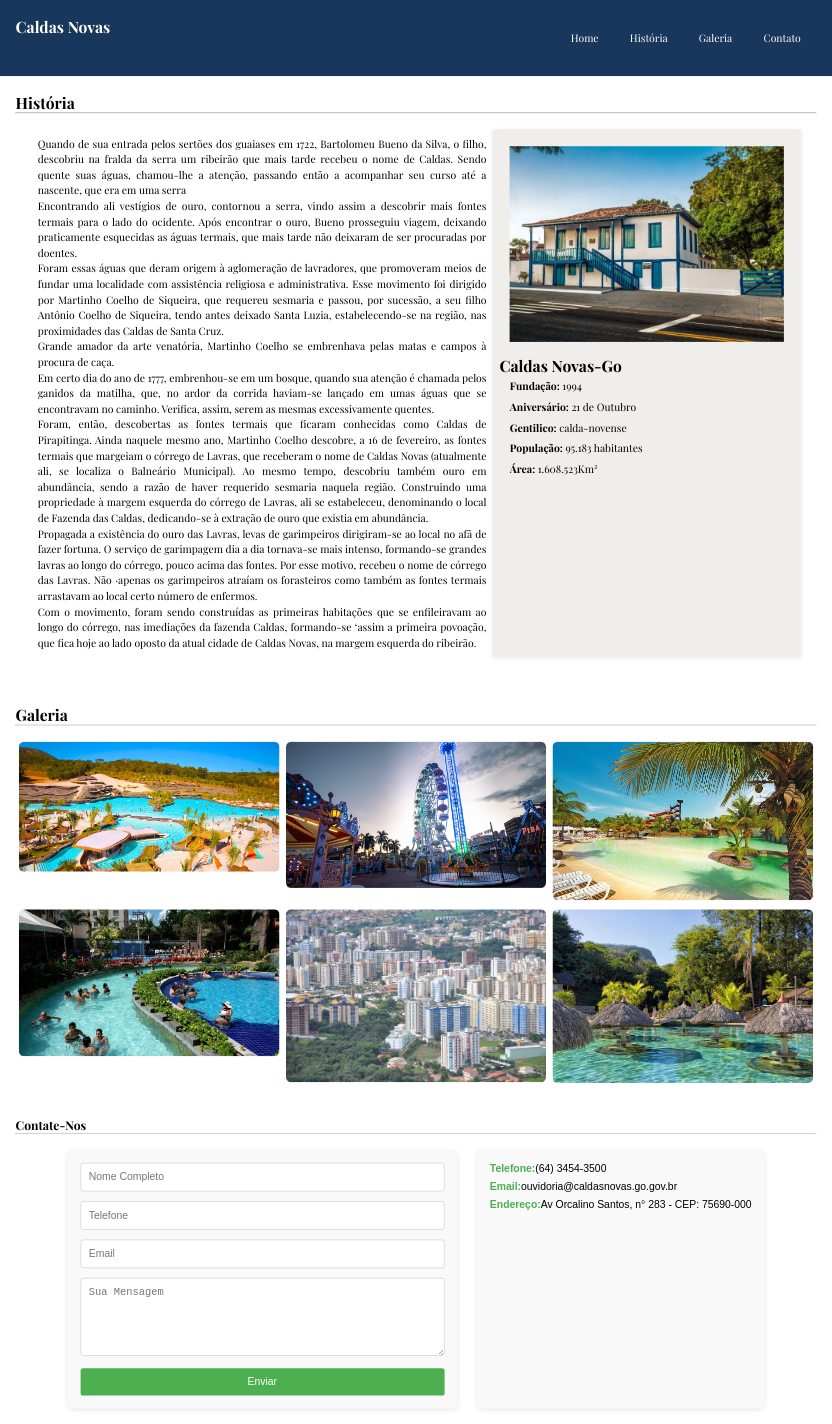
Repository: AbiezerSidonioJoseOdanacaJunior/DesafioLocalTuristico
Page: index.html
The author's editor kept a copy of each file at every save. The page is drawn from the files as they stood at one save, then again after the next save.
The browser window is 1280 px wide. The pictures show the whole page, at 65% of full size.
Some web fonts or font styles are not loaded; a fallback is used.

Above is the page before, as saved 2024-11-11 18:09:45.

### index.html
<!DOCTYPE html>
<html lang="pt-br">
<head>
    <link rel="preconnect" href="https://fonts.googleapis.com">
    <link rel="preconnect" href="https://fonts.gstatic.com" crossorigin>
    <meta charset="UTF-8">
    <meta name="viewport" content="width=device-width, initial-scale=1.0">
    <title>Caldas Novas</title>
    <link rel="stylesheet" href="./css/style.css">
    <link href="https://fonts.googleapis.com/css2?family=Alice&family=Playfair+Display:ital,wght@0,400..900;1,400..900&display=swap" rel="stylesheet">
</head>
<body>
    <div id="page">
        <nav>
            <!-- <img src="./img/clds.png" alt="logo Caldas novas"> -->
             <h1>Caldas Novas</h1>
            <ul>
                <li><a href="#home">Home</a></li>
                <li><a href="#history">História</a></li>
                <li><a href="#gallery">Galeria</a></li>
                <li><a href="#contact">Contato</a></li>
            </ul>
        </nav>
        <main>
            <section id="history">
                <h1>História</h1>
                <hr>
               <div id="about">
                <div id="text-history">
                    <p>Quando de sua entrada pelos sertões dos guaiases em 1722, Bartolomeu Bueno da Silva, o filho, descobriu na fralda da serra um ribeirão que mais tarde recebeu o nome de Caldas. Sendo quente suas águas, chamou-lhe a atenção, passando então a acompanhar seu curso até a nascente, que era em uma serra</p>
                    <p>Encontrando ali vestígios de ouro, contornou a serra, vindo assim a descobrir mais fontes termais para o lado do ocidente. Após encontrar o ouro, Bueno prosseguiu viagem, deixando praticamente esquecidas as águas termais, que mais tarde não deixaram de ser procuradas por doentes.</p>
                    <p>Foram essas águas que deram origem à aglomeração de lavradores, que promoveram meios de fundar uma localidade com assistência religiosa e administrativa. Esse movimento foi dirigido por Martinho Coelho de Siqueira, que requereu sesmaria e passou, por sucessão, a seu filho Antônio Coelho de Siqueira, tendo antes deixado Santa Luzia, estabelecendo-se na região, nas proximidades das Caldas de Santa Cruz.</p>
                    <p>Grande amador da arte venatória, Martinho Coelho se embrenhava pelas matas e campos à procura de caça.</p>
                    <p>Em certo dia do ano de 1777, embrenhou-se em um bosque, quando sua atenção é chamada pelos ganidos da matilha, que, no ardor da corrida haviam-se lançado em umas águas que se encontravam no caminho. Verifica, assim, serem as mesmas excessivamente quentes.</p>
                    <p>Foram, então, descobertas as fontes termais que ficaram conhecidas como Caldas de Pirapitinga. Ainda naquele mesmo ano, Martinho Coelho descobre, a 16 de fevereiro, as fontes termais que margeiam o córrego de Lavras, que receberam o nome de Caldas Novas (atualmente ali, se localiza o Balneário Municipal). Ao mesmo tempo, descobriu também ouro em abundância, sendo a razão de haver requerido sesmaria naquela região. Construindo uma propriedade à margem esquerda do córrego de Lavras, ali se estabeleceu, denominando o local de Fazenda das Caldas, dedicando-se à extração de ouro que existia em abundância.</p>
                    <p>Propagada a existência do ouro das Lavras, levas de garimpeiros dirigiram-se ao local no afã de fazer fortuna. O serviço de garimpagem dia a dia tornava-se mais intenso, formando-se grandes lavras ao longo do córrego, pouco acima das fontes. Por esse motivo, recebeu o nome de córrego das Lavras. Não ·apenas os garimpeiros atraíam os forasteiros como também as fontes termais arrastavam ao local certo número de enfermos.</p>
                    <p>Com o movimento, foram sendo construídas as primeiras habitações que se enfileiravam ao longo do córrego, nas imediações da fazenda Caldas, formando-se ‘assim a primeira povoação, que fica hoje ao lado oposto da atual cidade de Caldas Novas, na margem esquerda do ribeirão.</p>
                </div>
                <div id="image-history">
                    <img src="./img/imghistory.jpg" alt="Imagem Caldas">
                    <h2>Caldas Novas-Go</h2>
                    <p><b>Fundação:</b> 1994 </p>
                    <p><b>Aniversário:</b> 21 de Outubro </p>
                    <p><b>Gentilico:</b> calda-novense </p>
                    <p><b>População:</b> 95.183 habitantes</p>
                    <p><b>Área:</b> 1.608.523Km²</p>
                </div>
               </div>
            </section>
            <section id="gallery">
                <h2>Galeria</h2>
                <hr>
            <div id="fotos">
                <div class="fotos-item">
                    <img src="./img/foto1.jpg" alt=" foto caldas">
                </div>
                <div class="fotos-item">
                    <img src="./img/foto2.jpg" alt=" foto caldas">
                </div>
                <div class="fotos-item">
                    <img src="./img/foto3.jpg" alt=" foto caldas">
                </div>
                <div class="fotos-item">
                    <img src="./img/foto4.jpg" alt=" foto caldas">
                </div>
                <div class="fotos-item">
                    <img src="./img/foto5.jpg" alt=" foto caldas">
                </div>
                <div class="fotos-item">
                    <img src="./img/foto6.jpg" alt=" foto caldas">
                </div>
            </div>
            </section>
            <section id="contact">
                <h3>Contate-Nos</h3>
                <hr>
                <div id="contatos">
                    <div id="formm">
                        <form action="">
                            <input type="text" placeholder="Nome Completo" >
                            <input type="text" placeholder="Telefone">
                            <input type="email" placeholder="Email">
                            <textarea name="textarea" id="" placeholder="Sua Mensagem"></textarea>
                            <button>Enviar</button>
                        </form>
                    </div>
                    <div id="information">
                        <p><b>Telefone:</b>(64) 3454-3500</p>
                        <p><b>Email:</b>ouvidoria@caldasnovas.go.gov.br</p>
                        <p><b>Endereço:</b>Av Orcalino Santos, n° 283 - CEP: 75690-000</p>
                    </div>
                </div>
            </section>
        </main>
    </div>

</body>
</html>

### css/style.css
* {
    padding: 0;
    margin: 0;
    box-sizing: border-box;
}
body{
    font-family: "Playfair Display", serif;
}

nav {
    display: flex;
    background-color: #19375c;
}

nav img {
    width: 116px;
    height: 92px;
}

nav h1{
    color:#fff;
    padding: 24px;
}

ul{
    display: flex;
    padding: 24px;
    margin-left: auto;
}

ul li {
    padding: 24px;
    list-style: none;
}

ul li a {
    text-decoration: none;
    color: #fff;
}

#history {
    width: 100%;
    height: 100%;
    padding: 24px;
    box-sizing: border-box;

}

#about {
    display: flex;
    width: 100%;
    max-width: 100vw;
    overflow-x: hidden;;
    padding: 24px;
}

#text-history {
    flex: 0 0 60%;
    padding: 10px;
    text-align: justify;
    line-height: 24px;
}

#image-history {
    flex: 0 0 40%; /* Ocupa 25% da largura */
    padding: 10px;
    background-color: #efeeeb;
    box-shadow: 0 2px 8px rgba(0, 0, 0, 0.1);
}

#image-history img {
    max-width: 100%;
    height: auto;
    padding: 16px;
}
#image-history p{
    line-height: 32px;
    padding-left: 16px;
}

#gallery{
    width: 100%;
    height: 100%;
    padding: 24px;
    box-sizing: border-box;

}

#fotos {
    display: flex;
    flex-wrap: wrap;
    gap: 10px;
    max-width: 100%;
    justify-content: center;
    margin-top: 24px;
}

.fotos-item {
    flex: 0 0 calc(33.33% - 10px);
    box-sizing: border-box;
}

.fotos-item img{
    width: 100%;
    height: auto;
    border-radius: 8px;
}

#contact {
    width: 100%;
    height: 100%;
    padding: 24px;
    box-sizing: border-box;
}

#contatos {
    display: flex;
    gap: 10px;
    max-width: 100%;
    justify-content: center;
    margin-top: 24px;
}

/* Estilo para o formulário */
form {
    max-width: 600px; /* Define uma largura máxima para o formulário */
    margin: 0 auto; /* Centraliza o formulário na página */
    padding: 20px; /* Adiciona um pouco de espaço interno */
    background-color: #f9f9f9; /* Cor de fundo suave */
    border-radius: 8px; /* Bordas arredondadas */
    box-shadow: 0 2px 8px rgba(0, 0, 0, 0.1); /* Sombra suave ao redor */
    font-family: Arial, sans-serif; /* Define a fonte */
}

/* Estilo para cada campo de input */
form input, form textarea {
    width: 100%; /* Faz com que o campo ocupe toda a largura */
    padding: 12px; /* Espaçamento interno nos campos */
    margin-bottom: 15px; /* Espaçamento entre os campos */
    border: 1px solid #ccc; /* Borda fina */
    border-radius: 4px; /* Bordas arredondadas */
    font-size: 16px; /* Tamanho da fonte */
}

/* Estilo para o textarea */
form textarea {
    resize: vertical; /* Permite redimensionar o campo verticalmente */
    height: 120px; /* Altura do campo de mensagem */
}

/* Estilo para o botão */
form button {
    width: 100%; /* O botão ocupa toda a largura */
    padding: 12px; /* Espaçamento interno */
    background-color: #4CAF50; /* Cor de fundo verde */
    color: white; /* Cor do texto */
    border: none; /* Remove a borda padrão */
    border-radius: 4px; /* Bordas arredondadas */
    font-size: 16px; /* Tamanho da fonte */
    cursor: pointer; /* Altera o cursor para pointer */
    transition: background-color 0.3s ease; /* Transição suave para a cor de fundo */
}

/* Efeito hover no botão */
form button:hover {
    background-color: #45a049; /* Cor de fundo mais escura ao passar o mouse */
}

/* Estilo para o contêiner com as informações */
#information {
    background-color: #f9f9f9; /* Cor de fundo suave */
    padding: 20px; /* Espaçamento interno */
    border-radius: 8px; /* Bordas arredondadas */
    box-shadow: 0 2px 8px rgba(0, 0, 0, 0.1); /* Sombra suave */
    font-family: Arial, sans-serif; /* Fonte padrão */
    max-width: 500px; /* Largura máxima */
    margin-left: 20px; /* Espaçamento à esquerda para afastar do formulário */
}

/* Estilo para cada linha de informação */
#information p {
    font-size: 16px; /* Tamanho da fonte */
    margin-bottom: 10px; /* Espaçamento entre as linhas */
}

#information b {
    font-weight: bold; /* Deixa o texto do <b> em negrito */
    color: #4CAF50; /* Cor verde para destacar o título de cada informação */
}

After the next save:
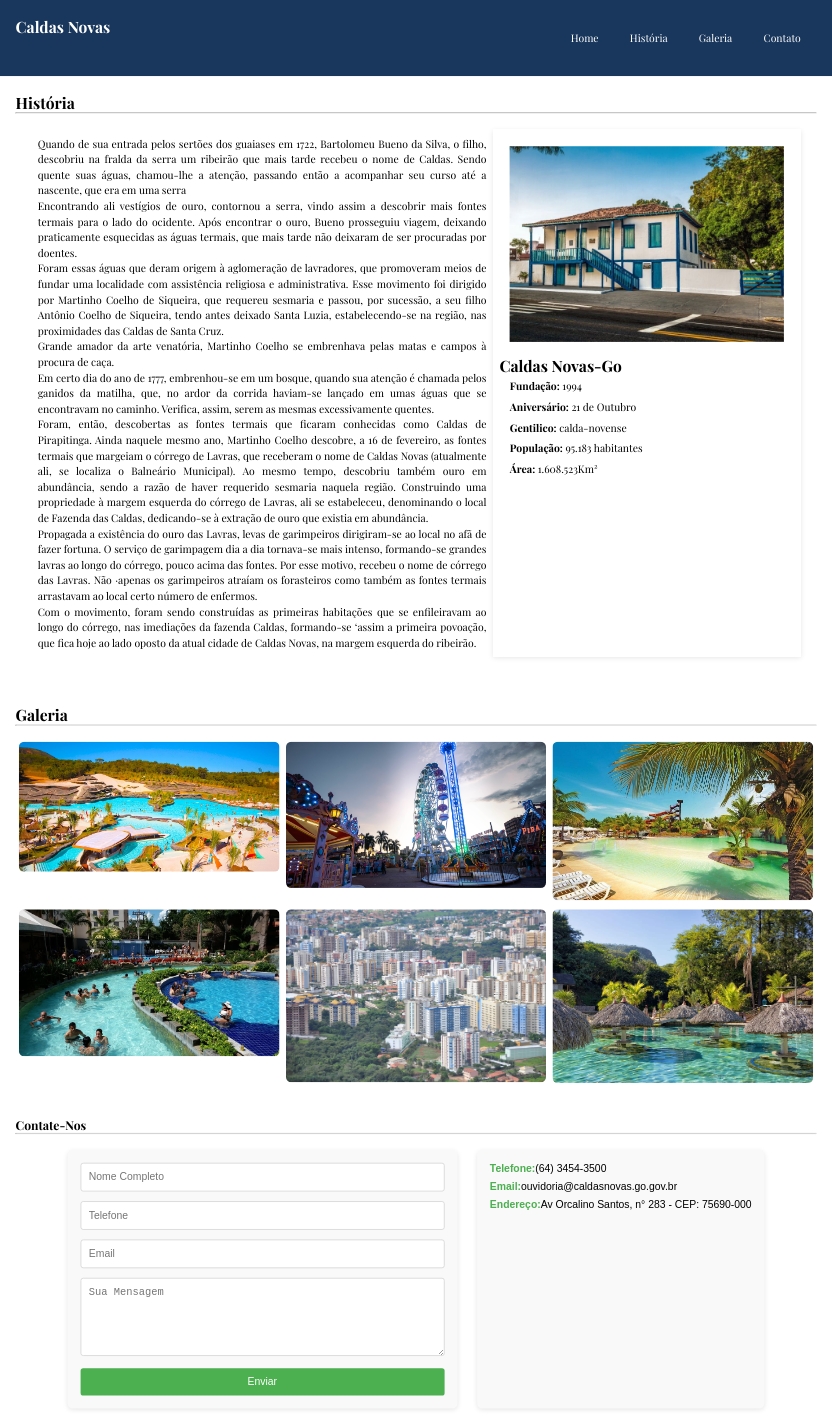
Saved 12 s later.
--- a/css/style.css
+++ b/css/style.css
@@ -64,7 +64,6 @@
 #image-history {
     flex: 0 0 40%; /* Ocupa 25% da largura */
     padding: 10px;
-    background-color: #efeeeb;
     box-shadow: 0 2px 8px rgba(0, 0, 0, 0.1);
 }
 
